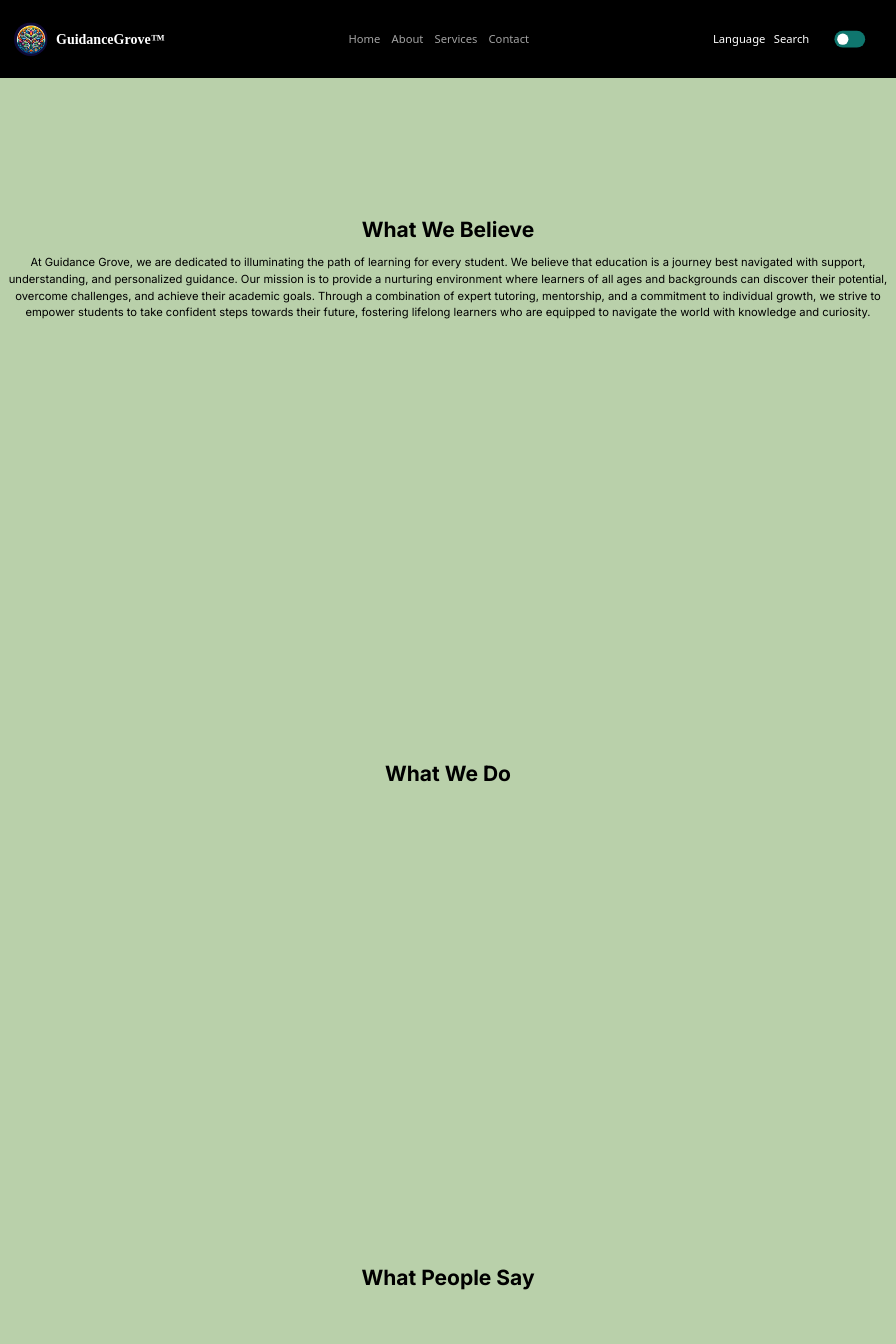
Repository: PositiveGuy/GuidanceGrove
Page: /
The author's editor kept a copy of each file at every save. The page is drawn from the files as they stood at one save, then again after the next save.
The browser window is 1280 px wide. The pictures show the part of the page from y = 0 to 1920 px (the page is 3898 px tall before and 3874 px after), at 70% of full size.
The project was rebuilt for these pictures with package versions that can differ from the ones it lists, and the page was loaded fresh each time. The framework's server and built-in components were replaced by stand-ins that run in the browser. Also part of the build but not shown: next.config.js.

Above is the page before, as saved 2023-12-28 12:19:58.

### src/app/layout.tsx
import React from 'react';
import Header from '../components/header';
import Footer from '../components/footer';
import { Inter } from 'next/font/google';
import './globals.css';
import { ThemeContextProvider } from '@/context/ThemeContext';
import ThemeProvider from '@/providers/ThemeProvider';
import ThemeWrapper from '@/components/ThemeWrapper';

//font
const inter = Inter({ subsets: ['latin'] });



//header and footer layout
const RootLayout = ({ children }: { children: React.ReactNode }) => {
  return (
    <html lang='en'>
      <body>
        <ThemeContextProvider>
          <ThemeProvider>
            <Header />
            <ThemeWrapper>
              <main className={inter.className}>{children}</main>
            </ThemeWrapper>
            <Footer />
          </ThemeProvider>
        </ThemeContextProvider>
      </body>
    </html>
  );
};

export default RootLayout;

### src/app/page.tsx
import React from 'react';
//components import
import BelieveSection from '../components/BelieveSection';
import ServicesSection from '../components/ServicesSection';
import TestimonialsSection from '../components/TestimonialsSection';
import CallToActionSection from '../components/CallToActionSection';
import ContactSection from '../components/ContactSection';


//page layout
const Page = () => {
  return (
    <>
      <BelieveSection />
      <ServicesSection />
      <TestimonialsSection />
      <CallToActionSection />
      <ContactSection />
    </>
  );
};

export default Page;

### src/components/header.tsx
"use client"
import MobileNavigation from "./MobileNavigation";
import ThemeToggle from "./ThemeToggle";


const Header = () => {
  return (
    <>
      <nav className="fixed z-50 w-full flex justify-between items-center p-5 bg-black">
        {/* Left Side: Logo and GuidanceGrove™ */}
        <div className="flex items-center space-x-3">
          <img src="/Logo/guidance-grove-logo.png" alt="Guidance Grove Logo" className="h-12 w-12 rounded-full" />
          <div className="text-xl font-caveat font-bold text-white">
            GuidanceGrove™
          </div>
        </div>

        {/* Center: Navigation Links */}
        <div>
          <ul className="flex space-x-4">
            <li><a href="/" className="text-neutral-400 hover:text-white">Home</a></li>
            <li><a href="/about" className="text-neutral-400 hover:text-white">About</a></li>
            <li><a href="/services" className="text-neutral-400 hover:text-white">Services</a></li>
            <li><a href="/contact" className="text-neutral-400 hover:text-white">Contact</a></li>
          </ul>
        </div>

        {/* Right Side: Placeholders for Language, Search, and Dark Mode Toggle */}
        <div className="flex items-center space-x-3">
          <div className="text-white">Language</div>
          <div className="text-white">Search</div>
          <ThemeToggle />
        </div>
      </nav>
      <nav>
        {/*Mobile Navbar*/}
        <div className="bg-white w-48">
          <MobileNavigation />
        </div>
      </nav>
    </>
  );
};

export default Header;

### src/components/footer.tsx
import Image from "next/image";

const Footer = () => {
  return (
    <footer className="p-5 bg-black shadow-inner text-center">
      <div className="flex justify-center space-x-8 mt-10">
        {/* Placeholder for social icons */}
        <Image src={"/SVGs/ig.svg"} width={50} height={50} alt="ig"></Image>
        <Image src={"/SVGs/fb.svg"} width={50} height={50} alt="fb"></Image>
        <Image src={"/SVGs/tw.svg"} width={50} height={50} alt="tw"></Image>
        <Image src={"/SVGs/wa.svg"} width={50} height={50} alt="wa"></Image>
        <Image src={"/SVGs/yt.svg"} width={50} height={50} alt="in"></Image>
      </div>

      <div className="flex justify-center space-x-1 mb-10 text-teal-50">
        <div className="mt-20">
          ©2023; designed with love and care by
        </div>
        <div className="mt-20 font-caveat">
          GuidanceGrove™
        </div>
      </div>
    </footer>
  );
};
//make GuidanceGrove in font Caveat
export default Footer;

### src/app/globals.css
@tailwind base;
@tailwind components;
@tailwind utilities;

:root {
  --foreground-rgb: 0, 0, 0;
  --background-start-rgb: 214, 219, 220;
  --background-end-rgb: 255, 255, 255;
}

@media (prefers-color-scheme: dark) {
  :root {
    --foreground-rgb: 255, 255, 255;
    --background-start-rgb: 0, 0, 0;
    --background-end-rgb: 0, 0, 0;
  }
}

body {
  color: rgb(var(--foreground-rgb));
  background: linear-gradient(
      to bottom,
      transparent,
      rgb(var(--background-end-rgb))
    )
    rgb(var(--background-start-rgb));
}

.custom-shadow {
    box-shadow: 0 2px 4px rgba(0, 0, 0, 0.2);
}

### src/context/ThemeContext.tsx
"use client"
import { createContext, useState, ReactNode, useEffect } from "react"

interface ChildrenProps {
    children: ReactNode
}

interface ThemeContextType {
    theme: string
    toggle: () => void
}

// This component is responsible to registering and remembering what theme was chosen by the user
// we use local storage for that
export const ThemeContext = createContext<ThemeContextType>({
    theme: "light",
    toggle: () => { },
})

function getFromLocalStorage() {
    if (typeof window === "undefined") {
        return "light";
    }
    const storedTheme = localStorage.getItem("theme");
    console.log("Initial theme from localStorage:", storedTheme); // Debug log
    return storedTheme || "light";
}


export const ThemeContextProvider = ({ children }: ChildrenProps) => {
    const [theme, setTheme] = useState<string>(getFromLocalStorage)

    // since next.js uses server side rendering, we must specify if the transition to client is completed
    const toggle = () => {
        setTheme(prevTheme => prevTheme === "light" ? "dark" : "light");
    };



    useEffect(() => {
        console.log("Updating theme in localStorage to:", theme); // Debug log
        localStorage.setItem("theme", theme);
    }, [theme]);



    return <ThemeContext.Provider value={{ theme, toggle }}>{children}</ThemeContext.Provider>
}

### src/providers/ThemeProvider.tsx
"use client"

import { ThemeContext } from "@/context/ThemeContext"
import { useState, useEffect, useContext, ReactNode } from "react"


interface ChildrenProps {
    children: ReactNode
}

// this component is created to keep the layout/page as server side rendered.
// useContext() requires you to have "use client"

export default function ThemeProvider({ children }: ChildrenProps) {
    const { theme } = useContext(ThemeContext)
    const [mounted, setMounted] = useState(false)

    useEffect(() => {
        setMounted(true)
    }, [])

    if (mounted) {
        return <div className={theme}>{children}</div>
    }
    return <div className={theme}>{children}</div>
}

### src/components/ThemeWrapper.tsx
"use client"
import React, { useContext } from 'react';
import { ThemeContext } from '@/context/ThemeContext';

const ThemeWrapper = ({ children }: { children: React.ReactNode }) => {
    const { theme } = useContext(ThemeContext);

    return (
        <div className={`${theme === "light" ? " bg-sage text-black" : "bg-gray-700 text-slate-400"}`}>
            {children}
        </div>
    );
};

export default ThemeWrapper;

### src/components/BelieveSection.tsx
"use client"
import { ThemeContext } from "@/context/ThemeContext";
import { useContext } from "react";

const BelieveSection = () => {
  const { theme } = useContext(ThemeContext)
  return (
    <div id="believe" className={`h-screen flex items-center justify-center`}>
      <div className="text-center">
        <h2 className="text-3xl font-bold">What We Believe</h2>
        <p className="mt-4">At Guidance Grove, we are dedicated to illuminating the path of learning for every student.
          We believe that education is a journey best navigated with support, understanding, and personalized guidance.
          Our mission is to provide a nurturing environment where learners of all ages and backgrounds
          can discover their potential, overcome challenges, and achieve their academic goals.
          Through a combination of expert tutoring, mentorship, and a commitment to individual growth,
          we strive to empower students to take confident steps towards their future,
          fostering lifelong learners who are equipped to navigate the world with knowledge and curiosity.</p>
      </div>
    </div>
  );
};

export default BelieveSection;

### src/components/ServicesSection.tsx
"use client"
import { ThemeContext } from "@/context/ThemeContext";
import { useContext } from "react";

const ServicesSection = () => {
  const { theme } = useContext(ThemeContext)
  return (
    <div id="services" className={`h-screen flex items-center justify-center  `}>
      <div className="text-center">
        <h2 className="text-3xl font-bold">What We Do</h2>
        {/* Add service details here */}
      </div>
    </div>
  );
};

export default ServicesSection;

### src/components/TestimonialsSection.tsx
"use client"
import { ThemeContext } from "@/context/ThemeContext";
import { useContext } from "react";

const TestimonialsSection = () => {
  const { theme } = useContext(ThemeContext)
  return (
    <div id="testimonials" className={`h-screen flex items-center justify-center   `}>
      <div className="text-center">
        <h2 className="text-3xl font-bold">What People Say</h2>
        {/* Add testimonials here */}
      </div>
    </div>
  );
};

export default TestimonialsSection;

### src/components/CallToActionSection.tsx
"use client"
import { ThemeContext } from "@/context/ThemeContext";
import { useContext } from "react";

const CallToActionSection = () => {
  const { theme } = useContext(ThemeContext)
  return (
    <div id="cta" className={`h-screen flex items-center justify-center  `}>
      <div className="container mx-auto px-4 sm:px-6 lg:px-8">
        <div className="flex flex-wrap -mx-4 items-center">
          <div className="text-left lg:w-1/2 px-4 mb-4 lg:mb-0">
            <h2 className="text-5xl font-bold">Payments tool for software companies</h2>
            <p className="mt-2 text-lg">From checkout to global sales tax compliance, companies around the world use Flowbite to simplify their payment stack.</p>
            <button className="mt-4 bg-blue-500 text-white py-2 px-4 rounded hover:bg-blue-700">
              Get started ➤
            </button>
          </div>
          <div className="lg:w-1/2 px-4 flex justify-center lg:justify-end">
            <img src="DALLE/career.png" alt="Software Payment Tool" className="object-contain lg:object-cover h-80 w-full lg:w-auto rounded-lg shadow-lg" />
          </div>
        </div>
      </div>
    </div>
  );
};

export default CallToActionSection;

### src/components/ContactSection.tsx
"use client"
import { ThemeContext } from "@/context/ThemeContext";
import { useContext } from "react";

const ContactSection = () => {
  const { theme } = useContext(ThemeContext)
  return (
    <div id="contact" className={`h-screen flex items-center justify-center  `}>
      <div className="text-center">
        <h2 className="text-3xl font-bold">Contact Us</h2>
        {/* Add contact form or information here */}
      </div>
    </div>
  );
};

export default ContactSection;

### src/components/MobileNavigation.tsx
import { Menu } from '@headlessui/react'

export default function MobileNavigation() {
    return (
        <Menu>
            <Menu.Button>More</Menu.Button>
            <Menu.Items>
                <Menu.Item>
                    {({ active }) => (
                        <a
                            className={`${active && 'bg-blue-500'}`}
                            href="/account-settings"
                        >
                            Account settings
                        </a>
                    )}
                </Menu.Item>
                <Menu.Item>
                    {({ active }) => (
                        <a
                            className={`${active && 'bg-blue-500'}`}
                            href="/account-settings"
                        >
                            Documentation
                        </a>
                    )}
                </Menu.Item>
                <Menu.Item disabled>
                    <span className="opacity-75">Invite a friend (coming soon!)</span>
                </Menu.Item>
            </Menu.Items>
        </Menu>
    )
}

### src/components/ThemeToggle.tsx
"use client"
import { useContext } from 'react'
import { Switch } from '@headlessui/react'
import { ThemeContext } from '@/context/ThemeContext'

export default function Example() {
    const { toggle, theme } = useContext(ThemeContext)

    // Determine if the switch should be on or off based on the current theme
    const isDarkMode = theme === 'dark'

    return (
        <div className="flex items-center justify-center p-6"> {/* Adjusted for centering */}
            <Switch
                checked={isDarkMode}
                onChange={toggle} // Use the toggle function from context
                className={`${isDarkMode ? 'bg-teal-900' : 'bg-teal-700'}
                    relative inline-flex items-center h-6 rounded-full w-11 transition-colors focus:outline-none`}
            >
                <span className="sr-only">Toggle theme</span>
                <span
                    aria-hidden="true"
                    className={`${isDarkMode ? 'translate-x-6' : 'translate-x-1'}
                        inline-block w-4 h-4 transform bg-white rounded-full transition-transform`}
                />
            </Switch>
        </div>
    )
}

### tailwind.config.ts
import type { Config } from 'tailwindcss'

const config: Config = {
  content: [
    './src/pages/**/*.{js,ts,jsx,tsx,mdx}',
    './src/components/**/*.{js,ts,jsx,tsx,mdx}',
    './src/app/**/*.{js,ts,jsx,tsx,mdx}',
  ],
  theme: {
    extend: {
      backgroundImage: {
        'gradient-radial': 'radial-gradient(var(--tw-gradient-stops))',
        'gradient-conic':
          'conic-gradient(from 180deg at 50% 50%, var(--tw-gradient-stops))',

      },
      colors: {
        sage: '#B9D0AA',
      },

      fontFamily: {
        caveat: ['Caveat', 'cursive'],
      },

    },

  },
  plugins: [],
}
export default config

After the next save:
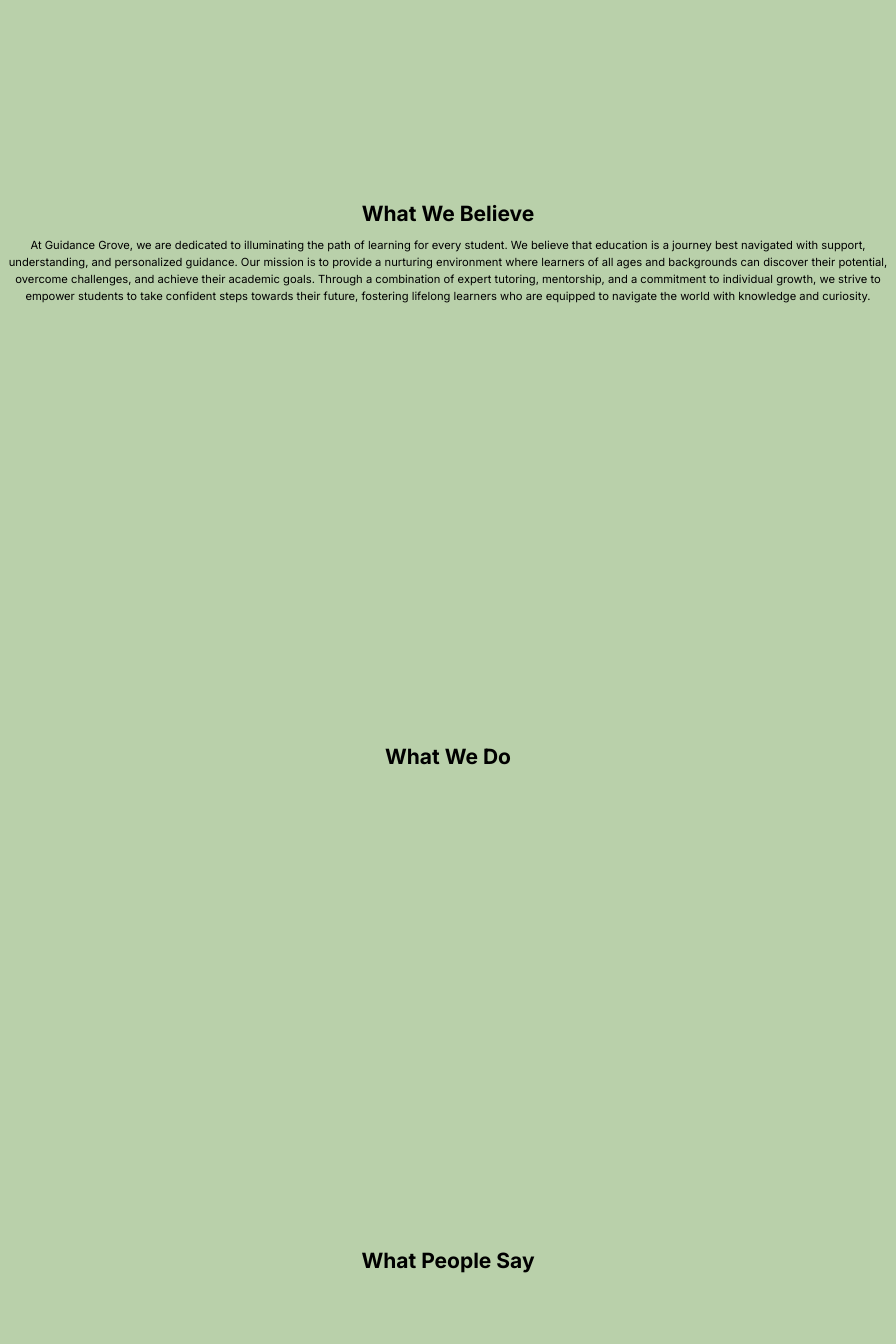
Saved 42 s later.
--- a/src/components/header.tsx
+++ b/src/components/header.tsx
@@ -6,7 +6,7 @@ import ThemeToggle from "./ThemeToggle";
 const Header = () => {
   return (
     <>
-      <nav className="fixed z-50 w-full flex justify-between items-center p-5 bg-black">
+      <nav className="sm:hidden fixed z-50 w-full flex justify-between items-center p-5 bg-black">
         {/* Left Side: Logo and GuidanceGrove™ */}
         <div className="flex items-center space-x-3">
           <img src="/Logo/guidance-grove-logo.png" alt="Guidance Grove Logo" className="h-12 w-12 rounded-full" />
@@ -32,7 +32,7 @@ const Header = () => {
           <ThemeToggle />
         </div>
       </nav>
-      <nav>
+      <nav className="md:hidden fixed z-50 w-full flex justify-between items-center p-5 bg-black">
         {/*Mobile Navbar*/}
         <div className="bg-white w-48">
           <MobileNavigation />
